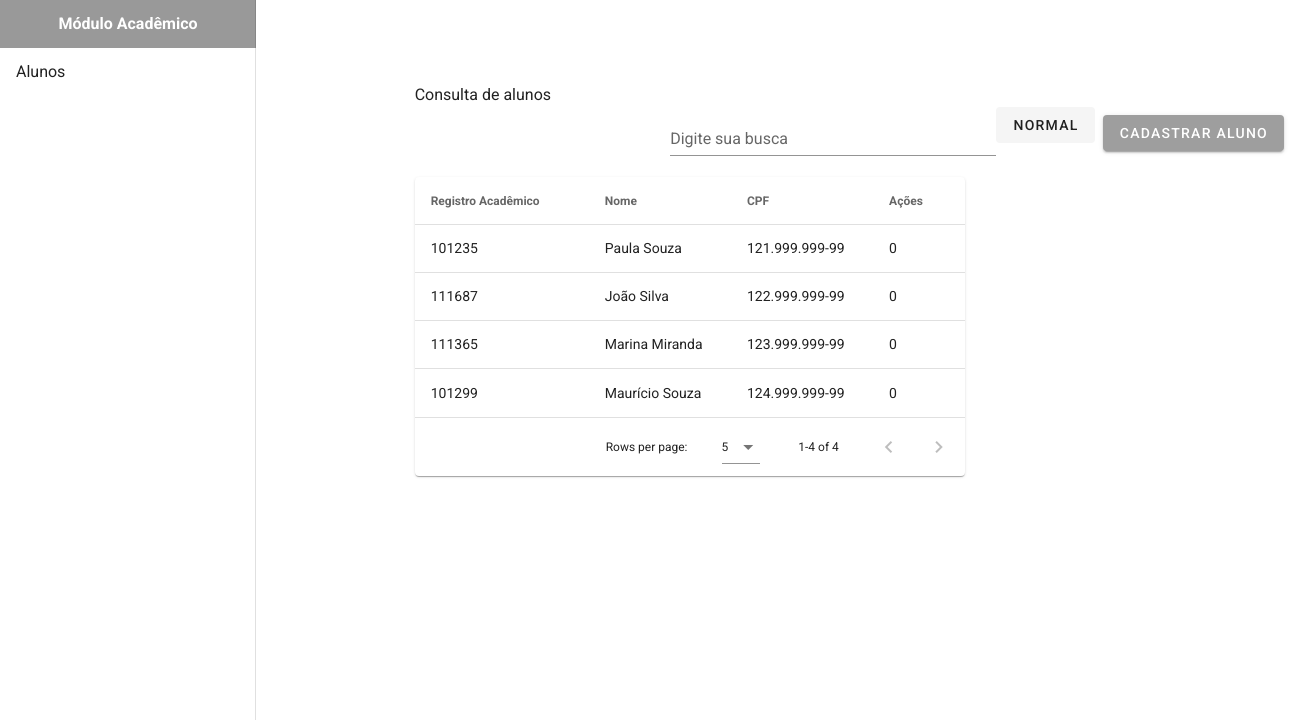
Repository: sergiohidekiono/vue-student
Page: /
The author's editor kept a copy of each file at every save. The page is drawn from the files as they stood at one save, then again after the next save.
The browser window is 1280 px wide. The page is 1292 px wide, so the pictures cover 1292 px, including what lies to the right of the window. The pictures show the whole page.
The project was rebuilt for these pictures with package versions that can differ from the ones it lists, and the page was loaded fresh each time. Also part of the build but not shown: vue.config.js.

Above is the page before, as saved 2024-08-07 10:16:51.

After the next save:
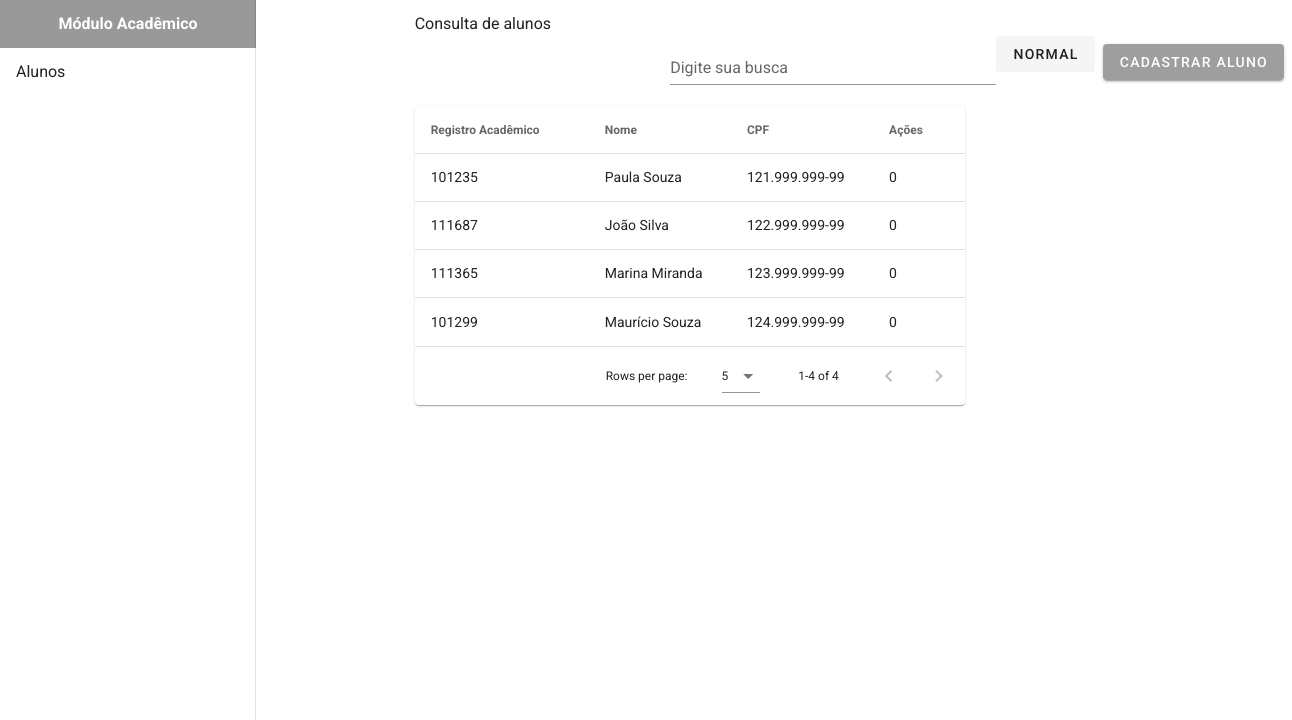
Saved 41 s later.
--- a/src/components/student-list.vue
+++ b/src/components/student-list.vue
@@ -1,6 +1,6 @@
 <template>
     <v-container>
-        <v-row cols="12">
+        <v-row cols="12" style="position: fixed;">
             <div class="d-flex align-start">
                 <v-img :src="require('../assets/logo.png')" class="my-3" />
             </div>

After the 3 saves that followed:
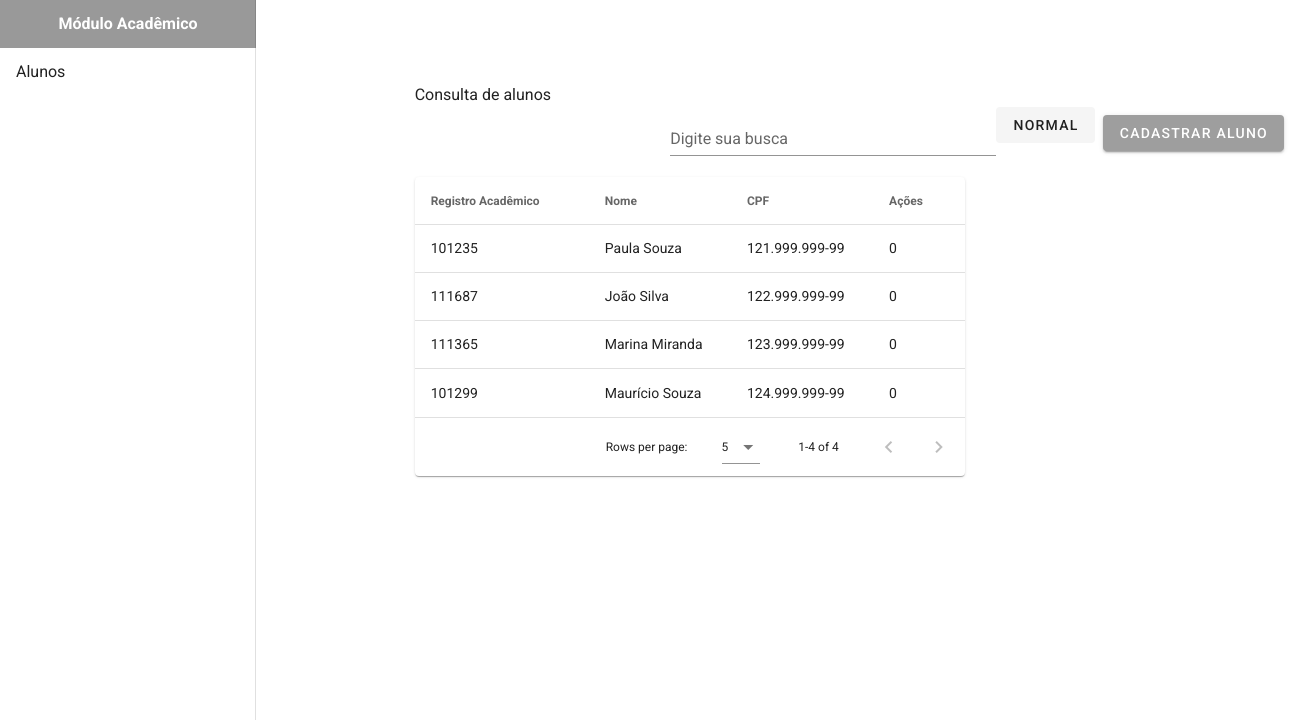
The 3 saves are shown as one change because 1 left the picture as it was and some came seconds apart.
The last was saved 84 s later.
--- a/src/components/student-list.vue
+++ b/src/components/student-list.vue
@@ -1,6 +1,6 @@
 <template>
     <v-container>
-        <v-row cols="12" style="position: fixed;">
+        <v-row cols="12">
             <div class="d-flex align-start">
                 <v-img :src="require('../assets/logo.png')" class="my-3" />
             </div>
